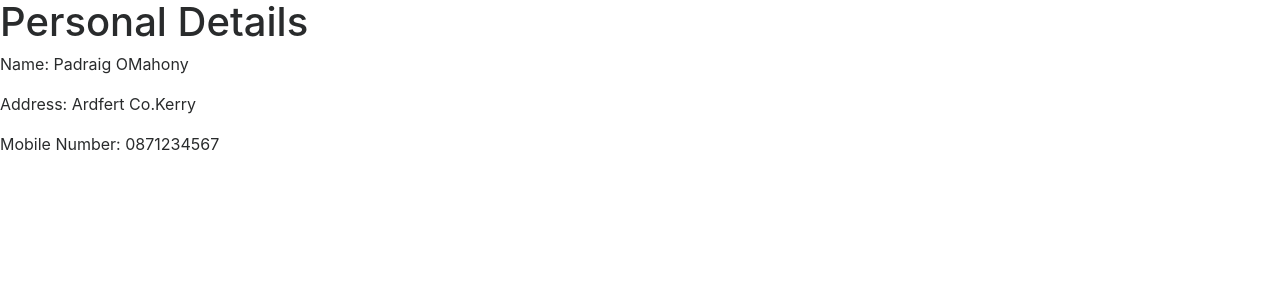
Repository: podgeomahony/is1113117413984
Page: cv/cv_page1.html
The author's editor kept a record of every edit. The page is drawn from the files as they stood at one moment, then again after the next edit.
The browser window is 1280 px wide. The pictures show the whole page.
Some web libraries are served in a nearby version.

Above is the page before.
Console error (its wording comes from the project's code and is left out).

### cv/cv_page1.html
<!DOCTYPE html>
<html>
    <head>
        <title>Personal Details</title>
        <link rel="stylesheet" href="../mystylesheet.css" type="text/css" />


        <!--Adding Bootstrap-->
        <link rel="stylesheet" href="https://maxcdn.bootstrapcdn.com/bootstrap/4.0.0-beta.3/css/bootstrap.min.css" integrity="sha384-Zug+QiDoJOrZ5t4lssLdxGhVrurbmBWopoEl+M6BdEfwnCJZtKxi1KgxUyJq13dy" crossorigin="anonymous">
        <script src="https://code.jquery.com/jquery-3.2.1.slim.min.js" integrity="sha384-KJ3o2DKtIkvYIK3UENzmM7KCkRr/rE9/Qpg6aAZGJwFDMVNA/GpGFF93hXpG5KkN" crossorigin="anonymous"></script>
        <script src="https://cdnjs.cloudflare.com/ajax/libs/popper.js/1.12.9/umd/popper.min.js" integrity="sha384-ApNbgh9B+Y1QKtv3Rn7W3mgPxhU9K/ScQsAP7hUibX39j7fakFPskvXusvfa0b4Q" crossorigin="anonymous"></script>
        <script src="https://maxcdn.bootstrapcdn.com/bootstrap/4.0.0-beta.3/js/bootstrap.min.js" integrity="sha384-a5N7Y/aK3qNeh15eJKGWxsqtnX/wWdSZSKp+81YjTmS15nvnvxKHuzaWwXHDli+4" crossorigin="anonymous"></script>

    </head>
    <body>
        <h1>Personal Details</h1>
        <p>Name: Padraig OMahony</p>
        <p>Address: Ardfert Co.Kerry</p>
        <p>Mobile Number: 0871234567</p>

    </body>
</html>

### mystylesheet.css

.mainheading {
    text-align: center;
    }

After the next edit:
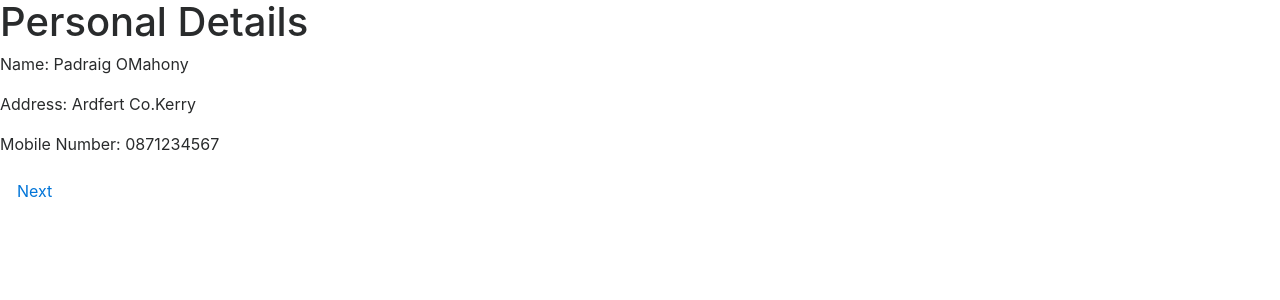
The edit:
--- a/cv/cv_page1.html
+++ b/cv/cv_page1.html
@@ -18,5 +18,7 @@
         <p>Address: Ardfert Co.Kerry</p>
         <p>Mobile Number: 0871234567</p>
 
+        <a href="cv_page2.html"  class="btn btn-dark">Next</a>
+
     </body>
 </html>
